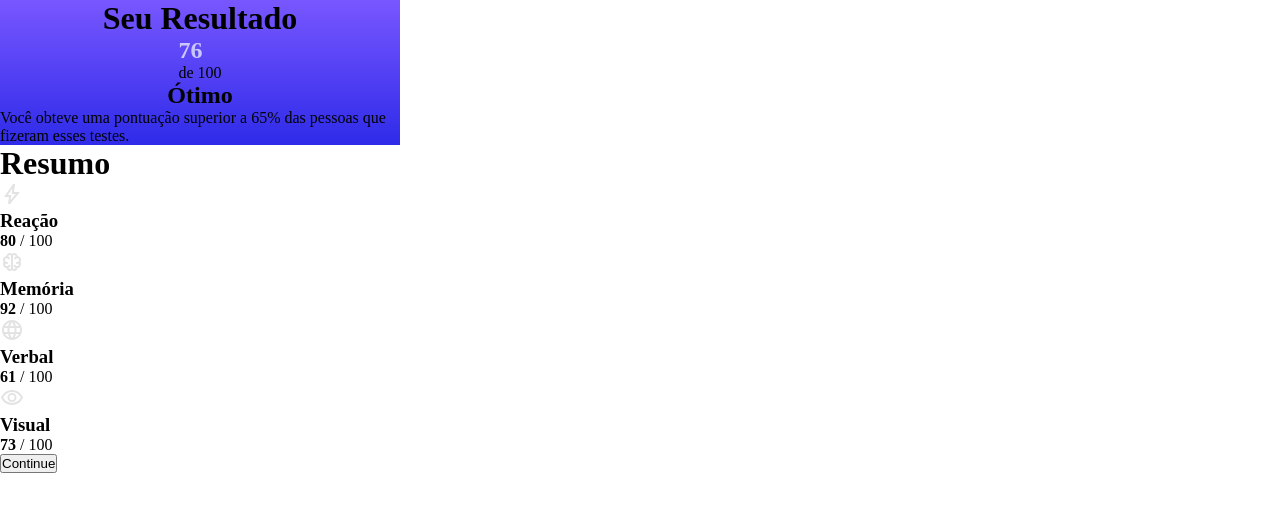
Repository: caique2512/resumo-de-resultados
Page: index.html
An editor plug-in stored every save of this project. The page is shown before and after the next save, followed by the edit.
The browser window is 1280 px wide. The pictures show the whole page.

Above is the page before, as saved 2026-03-05 23:05:32.

### index.html
<!DOCTYPE html>
<html lang="pt-br">
<head>
    <meta charset="UTF-8">
    <meta name="viewport" content="width=device-width, initial-scale=1.0">
    <title>Resumo de Resultados</title>
    <link rel="stylesheet" href="src/css/estilos.css">
    <link rel="stylesheet" href="src/css/reset.css">
</head>
<body>
    <main class="conteudo">
        <div class="principal">
            <h1 cl>Seu Resultado</h1>
            <div class="circulo">
                <h2 class="titulo">76</h2>
                <p>de 100</p>
            </div>
            <h2>Ótimo</h2>
            <p class="subtitle">Você obteve uma pontuação superior a 65% das pessoas que fizeram esses testes.</p>
        </div>
        <div>
            <h1 class="titulo1">Resumo</h1>
            <div class="classes">
                <div class="resumo1">
                    <img src="./src/images/raio.svg" alt="Raio">
                    <h3>Reação</h3>
                    <p><strong>80</strong> / 100</p>
                </div>
                <div class="resumo2">
                    <img src="./src/images/memoria.svg" alt="Memória">
                    <h3>Memória</h3>
                    <p><strong>92</strong> / 100</p>
                </div>
                <div class="resumo3">
                    <img src="./src/images/mensagem.svg" alt="Mensagem">
                    <h3>Verbal</h3>
                    <p><strong>61</strong> / 100</p>
                </div>
                <div class="resumo4">
                    <img src="./src/images/olho.svg" alt="olho">
                    <h3>Visual</h3>
                    <p><strong>73</strong> / 100</p>
                </div>
            </div>
            <button class="btn-resumo">Continue</button>
        </div>
    </main>
</body>
</html>

### src/css/estilos.css
.principal {
    background: linear-gradient(hsl(252, 100%, 67%), hsl(241, 81%, 54%));
    width: 400px;
    display: flex;
    flex-direction: column;
    align-items: center;
}

.titulo {
    color: hsl(241, 100%, 89%);
}

Loaded but not shown: src/css/reset.css (common file)

After the next save:
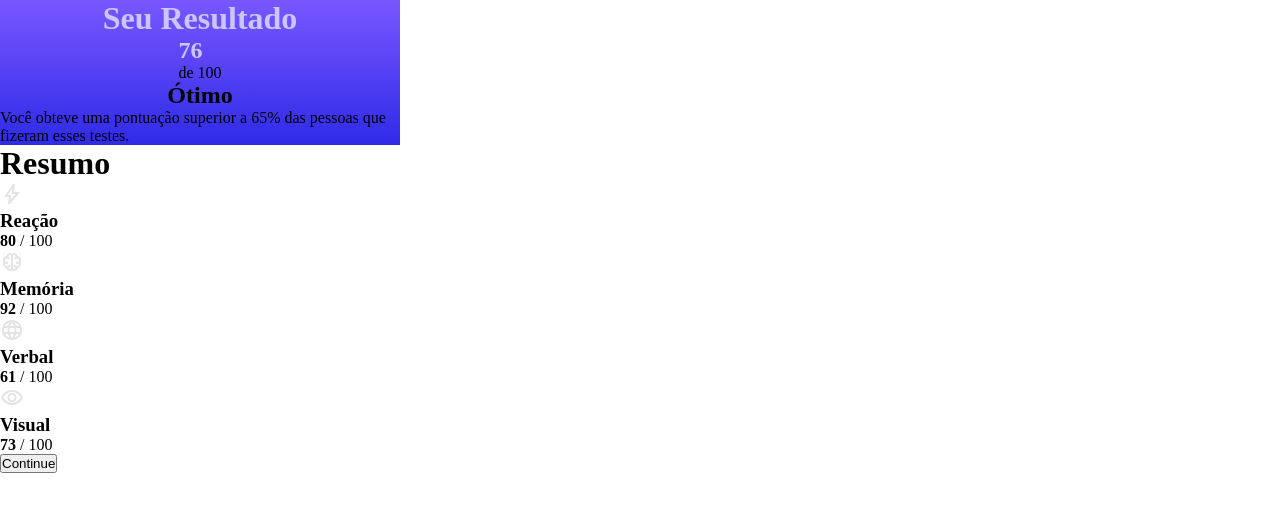
Saved 4 s later.
--- a/index.html
+++ b/index.html
@@ -10,7 +10,7 @@
 <body>
     <main class="conteudo">
         <div class="principal">
-            <h1 cl>Seu Resultado</h1>
+            <h1 class="titulo">Seu Resultado</h1>
             <div class="circulo">
                 <h2 class="titulo">76</h2>
                 <p>de 100</p>
